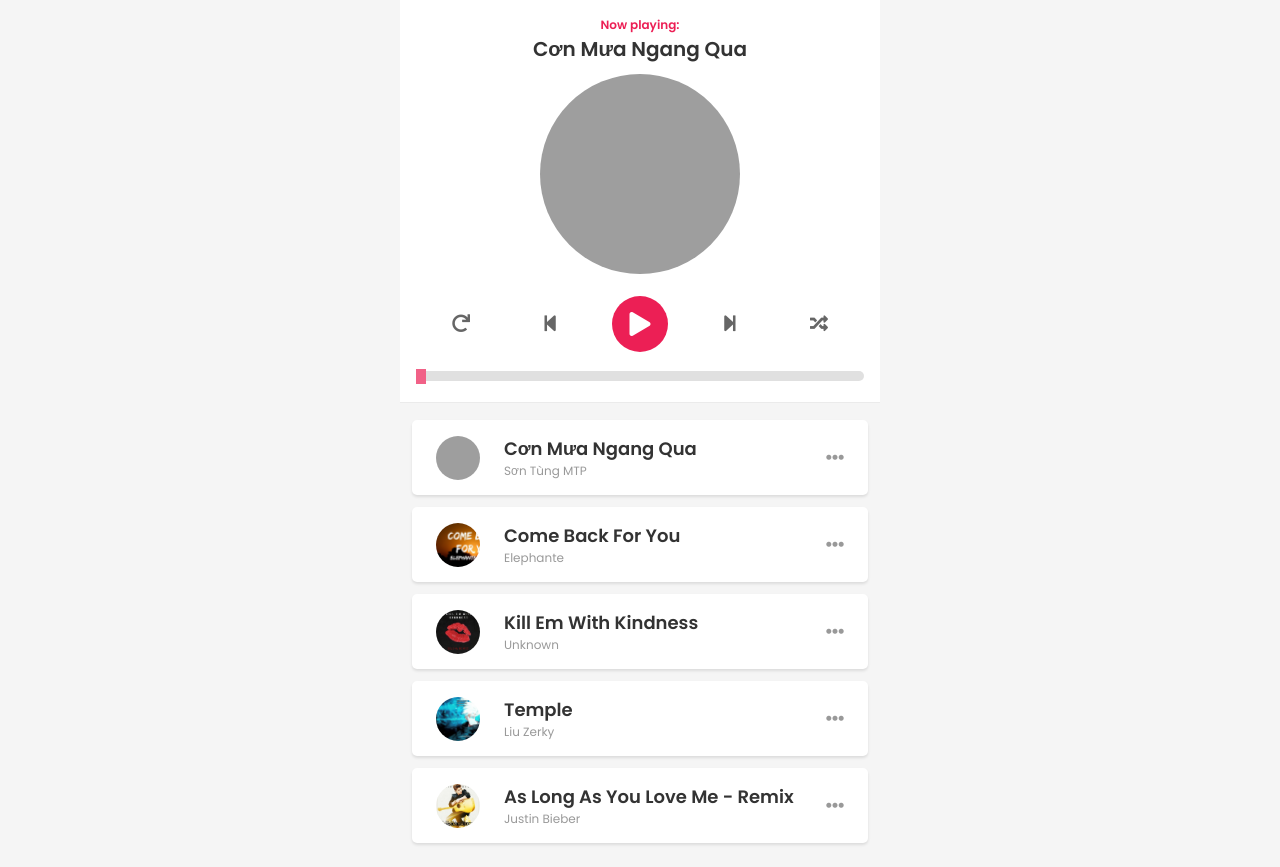
Repository: vandat598/musicPlayer
Page: index.html
An editor plug-in stored every save of this project. The page is shown before and after the next save, followed by the edit.
The browser window is 1280 px wide. The pictures show the whole page.
Pictures or frames that could not be fetched are drawn as grey boxes.

Above is the page before, as saved 2022-04-28 15:44:00.

After the next save:
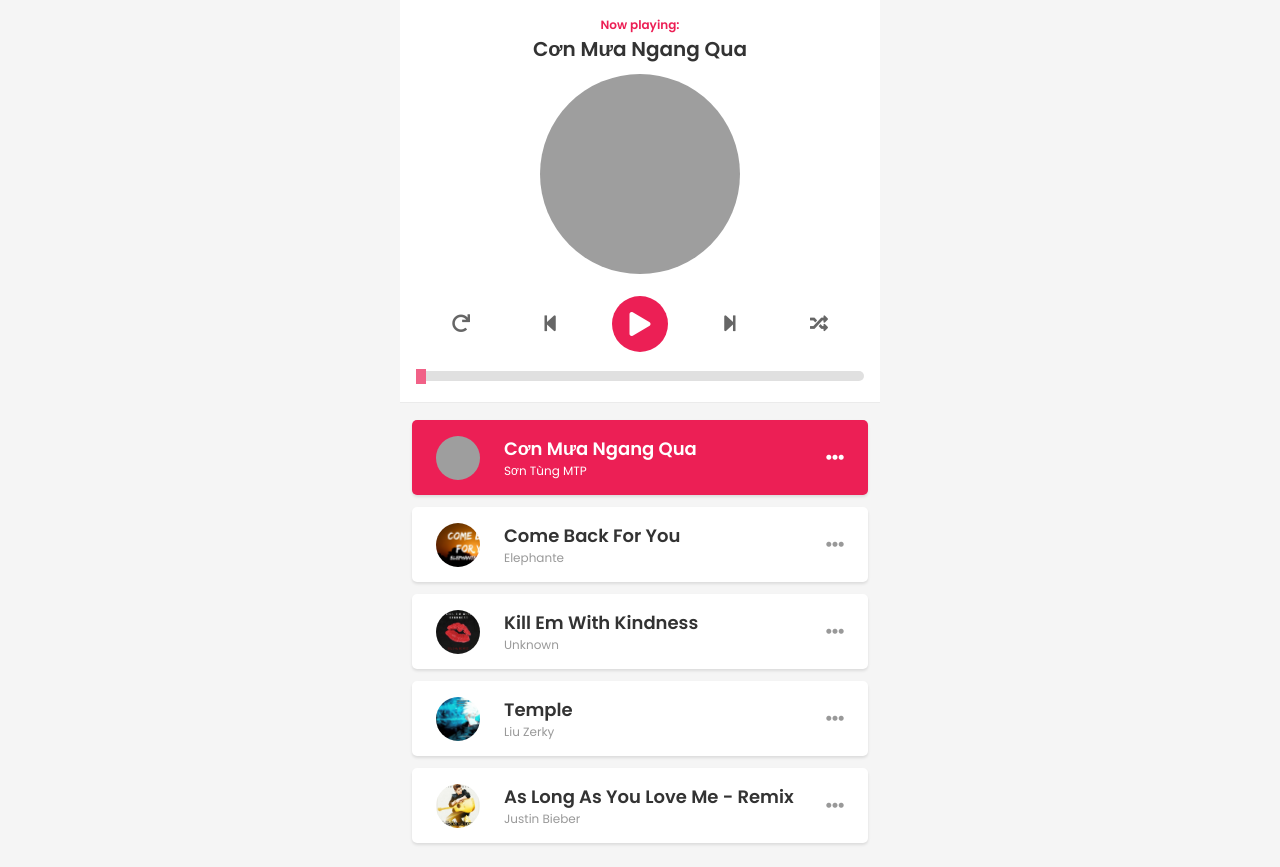
Saved 8 min 37 s later.
--- a/index.html
+++ b/index.html
@@ -189,10 +189,12 @@
           },
         ],
         render() {
-          const htmls = this.songs.map(song => {
+          const htmls = this.songs.map((song, index) => {
             return `
-              <div class="song">
-                <div class="thumb" style="background-image: url('${song.image}')">
+              <div class="song ${index === this.currentIndex ? 'active' : ''}">
+                <div class="thumb" style="background-image: url('${
+                  song.image
+                }')">
                 </div>
                 <div class="body">
                   <h3 class="title">${song.name}</h3>

After the 2 saves that followed:
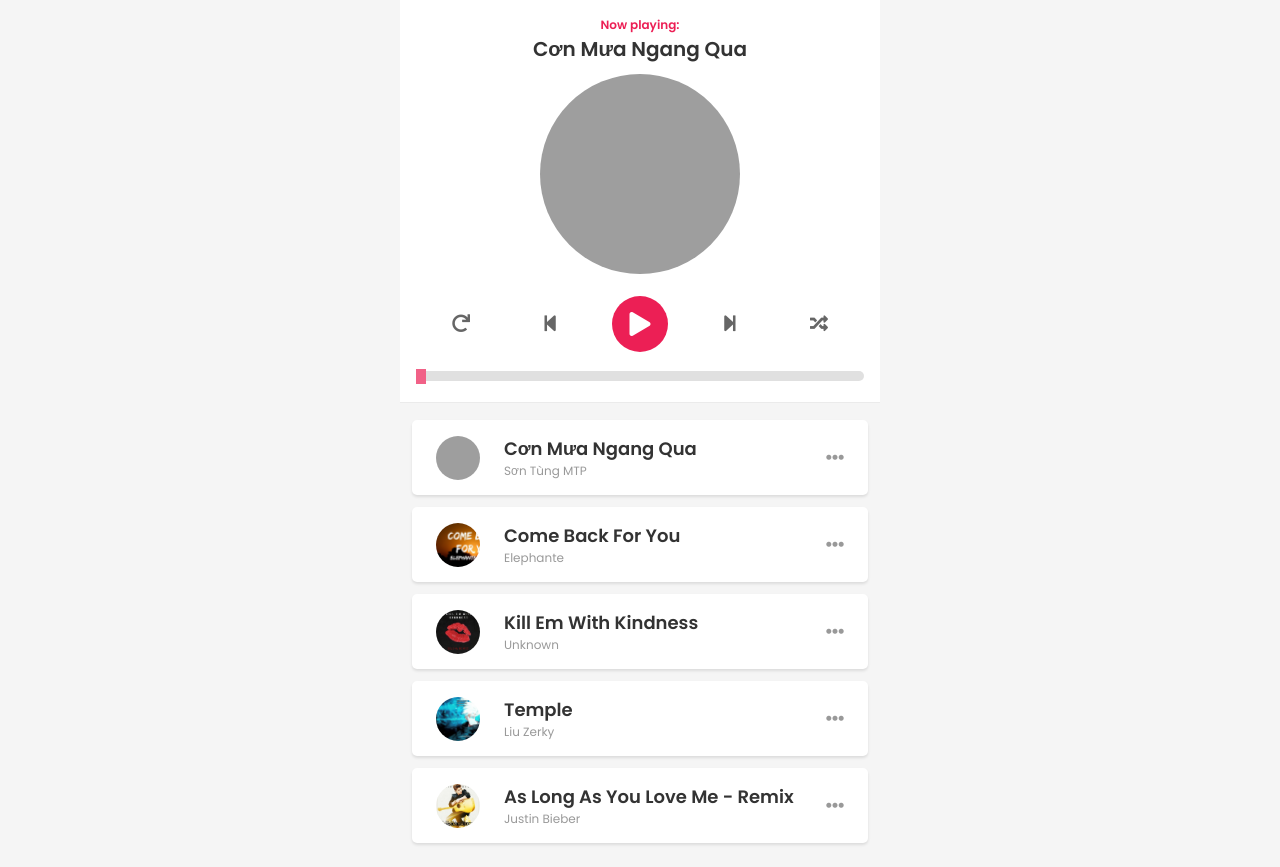
The 2 saves are shown as one change because 1 left the picture as it was.
The last was saved 2 min 56 s later.
--- a/index.html
+++ b/index.html
@@ -149,6 +149,7 @@
       const randomBtn = $('.btn-random');
       let played = [];
       const repeatBtn = $('.btn-repeat');
+      const songActive = $('.song');
 
       const app = {
         currentIndex: 0,
@@ -191,10 +192,8 @@
         render() {
           const htmls = this.songs.map((song, index) => {
             return `
-              <div class="song ${index === this.currentIndex ? 'active' : ''}">
-                <div class="thumb" style="background-image: url('${
-                  song.image
-                }')">
+              <div class="song ">
+                <div class="thumb" style="background-image: url('${song.image}')">
                 </div>
                 <div class="body">
                   <h3 class="title">${song.name}</h3>
@@ -256,6 +255,7 @@
             _this.isPlaying = true;
             player.classList.add('playing');
             cdThumbAnimate.play();
+            songActive.classList.toggle('active');
           };
 
           // Khi song pause
